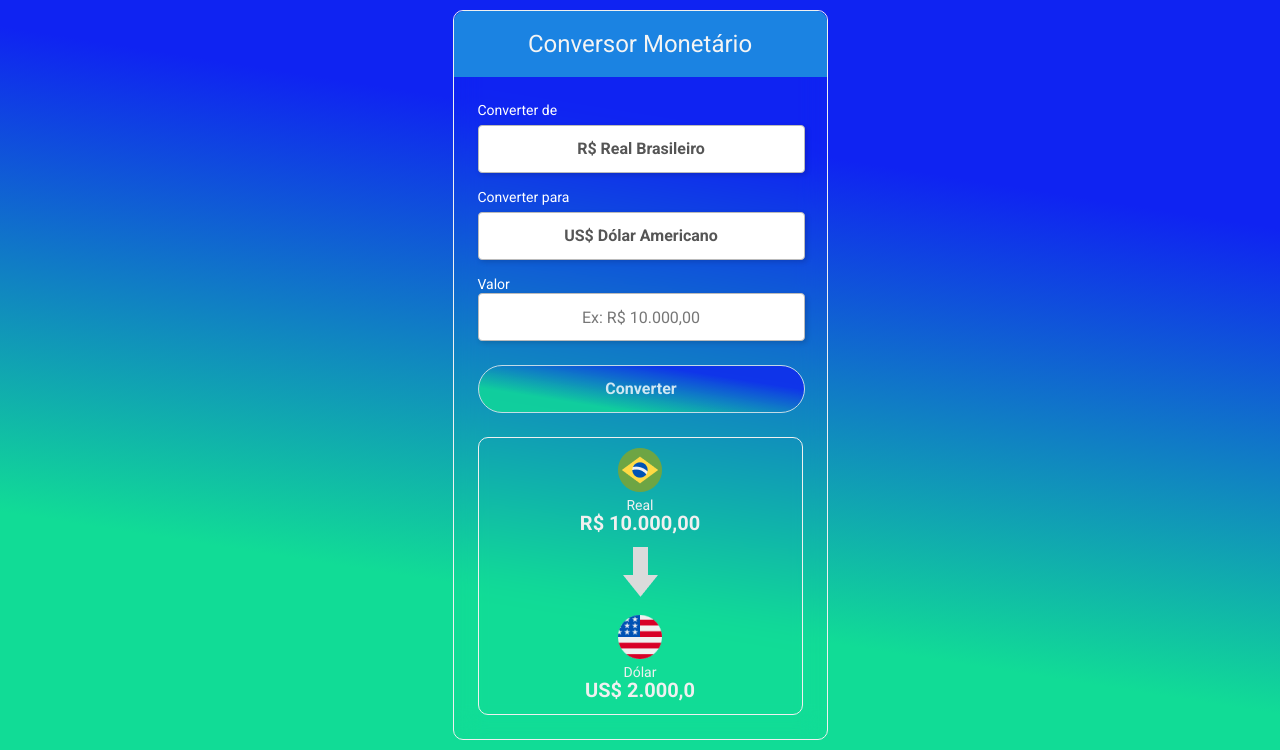
Repository: isayrous/coin-converter
Page: index.html
These files come from the project's save history. The page is drawn as it stood at one moment and after the next save; the edit follows.
The browser window is 1280 px wide. The pictures show the whole page.
The pointer rests on the first visible `button`.

Above is the page before, as saved 2022-11-03 00:08:37.

### index.html
<!DOCTYPE html>
<html lang="pt-br">
<head>
    <meta charset="UTF-8">
    <meta http-equiv="X-UA-Compatible" content="IE=edge">
    <meta name="viewport" content="width=device-width, initial-scale=1.0">
    <link rel='stylesheet' href="./style.css">
    <link rel="preconnect" href="https://fonts.googleapis.com">
    <link rel="preconnect" href="https://fonts.gstatic.com" crossorigin>
    <link href="https://fonts.googleapis.com/css2?family=Roboto:wght@400;700&display=swap" rel="stylesheet">
    <title>Conversor Monetário</title>
</head>
<body>
    <div class="container">

        <header>
            <h1>Conversor Monetário</h1>
        </header>

        <main>
            <label>
                Converter <strong>de</strong>
                <select id="first-select">
                    <option>R$ Real Brasileiro</option>
                    <option>US$ Dólar Americano</option>
                    <option>Bitcoin</option>
                    <option>€ Euro</option>
                </select>
            </label>

            <label>
                Converter <strong>para</strong>
                <select id="seccond-select">
                    <option>US$ Dólar Americano</option>
                    <option>Bitcoin</option>
                    <option>€ Euro</option>
                    <option>R$ Real Brasileiro</option>
                </select>
            </label>

            <label>
                <b>Valor</b>
                <input id='values' type="number" placeholder="Ex: R$ 10.000,00">
            </label>

            <button id="button-converter" >Converter</button>

            <section>
                <div>
                    <img id="currency-img1" src="./assets/BRL.png">
                    <p id="first-currency">Real</p>
                    <p id="return-input1" class="value">R$ 10.000,00</p>
                </div>

                <img src="./assets/Vector.png"><br>

                <div>
                    <img id="currency-img2" src="./assets/USA.png">
                    <p id ="seccond-currency">Dólar</p>
                    <p id="return-input2" class="value">US$ 2.000,0</p>
                </div>

            </section>

        </main>

    </div>

</body>
<script src='./scripts.js'></script>
</html>

### style.css
* {
    padding: 0;
    margin: 0;
    box-sizing: border-box;
    font-family: 'Roboto', sans-serif;
    font-style: normal;
    font-weight: normal;
    line-height: 18px;
}

body{
    background: linear-gradient(189deg, rgba(15,35,242,1) 24%, rgba(17,220,150,1) 75%);
    width: 100%;
    height: 100%;
    display: flex;
    justify-content: center;
    padding: 10px;
}

.container {
    height: 100%;
    width: 375px;
    background: transparent;
    border: 1px solid #f0f0f0;
    backdrop-filter: blur(15px);
    border-radius: 10px;
}

header {
    background-color: #1b83e2;
    border-radius: 10px 10px 0 0;
    height: 66px;
    display: flex;
    justify-content: center;
    align-items: center;
}

h1 {
    font-size: 24px;
    color:#F4F4F4;
}

main {
    padding: 24px;
}

label{
    font-weight: 400;
    font-size: 14px;
    color: #fff;
    width: 375px;
}

select{
    width: 327px;
    height: 48px;
    background: #FFFFFF;
    border: 1px solid #BBBBBB;
    border-radius: 4px;
    font-weight: 700;
    font-size: 16px;
    color: #555555;
    text-align: center;
    display: block;
    cursor: pointer;
    outline: none;
    appearance: none;
    box-shadow: 2px 2px 5px 0px #00000026;
    margin-bottom: 15px;
    margin-top: 6px;
}

input{
    width: 327px;
    height: 48px;
    background: #FFFFFF;
    border: 1px solid #BBBBBB;
    border-radius: 4px;
    font-weight: 700;
    font-size: 16px;
    color: #555555;
    text-align: center;
    box-shadow: 2px 2px 5px 0px #00000026;
    outline: none;

}

input::-webkit-outer-spin-button,input::-webkit-inner-spin-button {
  -webkit-appearance: none;
  margin: 0;
}

button {
    background: linear-gradient(189deg, rgba(15,35,242,0.2) 24%, rgba(17,220,150,0.2) 75%);
    border: 1px solid #f0f0f0;
    border-radius: 25px;
    height: 48px;
    width: 327px;
    font-weight: 700;
    font-size: 1rem;
    color: #fff;
    margin: 24px 0px 24px;
    cursor: pointer;
}

button:hover {
    opacity: 0.8;
    background:linear-gradient(189deg, rgba(15,35,242,1) 24%, rgba(17,220,150,1) 75%); ;
}

button:active {
    opacity: 0.7;
}

section{
    border: 1px solid #f0f0f0;
    border-radius: 10px;
    padding-top: 10px;
    display: flex;
    flex-direction: column;
    align-items: center;
    text-align: center;
}

p {
    font-weight: 400;
    font-size: 14px;
    color: #f0f0f0;
}

.value {
    color: #f0f0f0;
    font-weight: 700;
    font-size: 20px;
    margin-bottom: 15px;
}

input::placeholder{color: #777777;
    font-weight: 100;}


@media screen and (max-width: 900px){
    .container {
        height: 100%;
        width: 100%;
    }

    header {
        height: 50px;
    }

    h1 {
        font-size: 20px;
    }

    main {
        padding: 4%;
    }

    label{
        font-size: 0.8rem;
    }

    select{
        font-size: 1rem;
        color: #555555;
        margin-bottom: 10px;
    }

    input{
        font-size: 1rem;
    }

    button {
        font-size: 1rem;
    }

    p {
        font-weight: 700;
        font-size: 0.8rem;
        color: #777777;
    }

    .value {
        font-size: 1rem;
    }
}

### scripts.js
const convert = document.getElementById("button-converter")
const select2 = document.getElementById("seccond-select")
const select1 = document.getElementById("first-select")
/* REAL, DOLAR, BITCOIN , EURO */
const real = [5.16, 5.08]
const dolar = [0.19 , 0.98]
const euro = [0.20 , 1.02]
const bitcoin = [98137.74 , 19010.10 , 19269.79]


const convertvalue = () => {
    const input = document.getElementById("values").value
    const returninput1 = document.getElementById("return-input1")
    const returninput2 = document.getElementById("return-input2")
    /* RETURNS DO INPUT 1 */

    if (select1.value === 'R$ Real Brasileiro') {
        returninput1.innerHTML = new Intl.NumberFormat('pt-BR', {
            style: 'currency', currency: 'BRL'
        }).format(input)

        if (select2.value === 'US$ Dólar Americano') {
            returninput2.innerHTML = new Intl.NumberFormat('en-US', {
                style: 'currency', currency: 'USD'
            }).format(input * dolar[0])
        }
        else if (select2.value === '€ Euro') {
            returninput2.innerHTML = new Intl.NumberFormat('de-DE', {
                style: 'currency', currency: 'EUR'
            }).format(input * euro[0])
        }
        else if (select2.value === 'Bitcoin'){
            returninput2.innerHTML = (input / bitcoin[0]).toFixed(2)
        }
        else if (select2.value === 'R$ Real Brasileiro') {
            returninput2.innerHTML = new Intl.NumberFormat('pt-BR', {
                style: 'currency', currency: 'BRL'
            }).format(input)
        }
    }


    else if (select1.value === 'US$ Dólar Americano') {
        returninput1.innerHTML = new Intl.NumberFormat('en-US', {
            style: 'currency', currency: 'USD'
        }).format(input)

        if (select2.value === 'US$ Dólar Americano') {
            returninput2.innerHTML = new Intl.NumberFormat('en-US', {
                style: 'currency', currency: 'USD'
            }).format(input)
        }
        else if (select2.value === '€ Euro') {
            returninput2.innerHTML = new Intl.NumberFormat('de-DE', {
                style: 'currency', currency: 'EUR'
            }).format(input * euro[1])
        }
        else if (select2.value === 'Bitcoin'){
            returninput2.innerHTML = (input / bitcoin[1]).toFixed(2)
        }
        else if (select2.value === 'R$ Real Brasileiro') {
            returninput2.innerHTML = new Intl.NumberFormat('pt-BR', {
                style: 'currency', currency: 'BRL'
            }).format(input * real[0])
        }

    }

    else if (select1.value === '€ Euro') {
        returninput1.innerHTML = new Intl.NumberFormat('de-DE', {
            style: 'currency', currency: 'EUR'
        }).format(input)

        if (select2.value === 'US$ Dólar Americano') {
            returninput2.innerHTML = new Intl.NumberFormat('en-US', {
                style: 'currency', currency: 'USD'
            }).format(input * dolar[1])
        }
        else if (select2.value === '€ Euro') {
            returninput2.innerHTML = new Intl.NumberFormat('de-DE', {
                style: 'currency', currency: 'EUR'
            }).format(input)
        }
        else if (select2.value === 'Bitcoin'){
            returninput2.innerHTML = (input / bitcoin[1]).toFixed(2)
        }
        else if (select2.value === 'R$ Real Brasileiro') {
            returninput2.innerHTML = new Intl.NumberFormat('pt-BR', {
                style: 'currency', currency: 'BRL'
            }).format(input * real[1])
        }
    }

    else if (select1.value === 'Bitcoin') {
        returninput1.innerHTML = (input)

        if (select2.value === 'US$ Dólar Americano') {
            returninput2.innerHTML = new Intl.NumberFormat('en-US', {
                style: 'currency', currency: 'USD'
            }).format(input * bitcoin[1])
        }
        else if (select2.value === '€ Euro') {
            returninput2.innerHTML = new Intl.NumberFormat('de-DE', {
                style: 'currency', currency: 'EUR'
            }).format(input * bitcoin[2])
        }
        else if (select2.value === 'Bitcoin'){
            returninput2.innerHTML = (input)
        }
        else if (select2.value === 'R$ Real Brasileiro') {
            returninput2.innerHTML = new Intl.NumberFormat('pt-BR', {
                style: 'currency', currency: 'BRL'
            }).format(input * bitcoin[0])
        }


    }

}

const change2 = () => {
    const currencyName2 = document.getElementById("seccond-currency")
    const currencyImg2 = document.getElementById("currency-img2")

    if (select2.value === '€ Euro') {
        currencyName2.innerHTML = '€ Euro'
        currencyImg2.src = "./assets/EURO.png"
    } else if (select2.value === 'Bitcoin') {
        currencyName2.innerHTML = 'Bitcoin'
        currencyImg2.src = "./assets/BITCOIN.png"
    } else if (select2.value === 'US$ Dólar Americano') {
        currencyName2.innerHTML = 'Dólar'
        currencyImg2.src = "./assets/USA.png"
    } else if (select2.value === 'R$ Real Brasileiro') {
        currencyName2.innerHTML = 'Real'
        currencyImg2.src = "./assets/BRL.png"
    }

    convertvalue()
}

const change1 = () => {
    const currencyName1 = document.getElementById("first-currency")
    const currencyImg1 = document.getElementById("currency-img1")

    if (select1.value === '€ Euro') {
        currencyName1.innerHTML = '€ Euro'
        currencyImg1.src = "./assets/EURO.png"
    } else if (select1.value === 'Bitcoin') {
        currencyName1.innerHTML = 'Bitcoin'
        currencyImg1.src = "./assets/BITCOIN.png"
    } else if (select1.value === 'US$ Dólar Americano') {
        currencyName1.innerHTML = 'Dólar'
        currencyImg1.src = "./assets/USA.png"
    } else if (select1.value === 'R$ Real Brasileiro') {
        currencyName1.innerHTML = 'Real'
        currencyImg1.src = "./assets/BRL.png"
    }
    convertvalue()

}

convert.addEventListener('click', convertvalue)
select1.addEventListener('change', change1)
select2.addEventListener('change', change2)

After the next save:
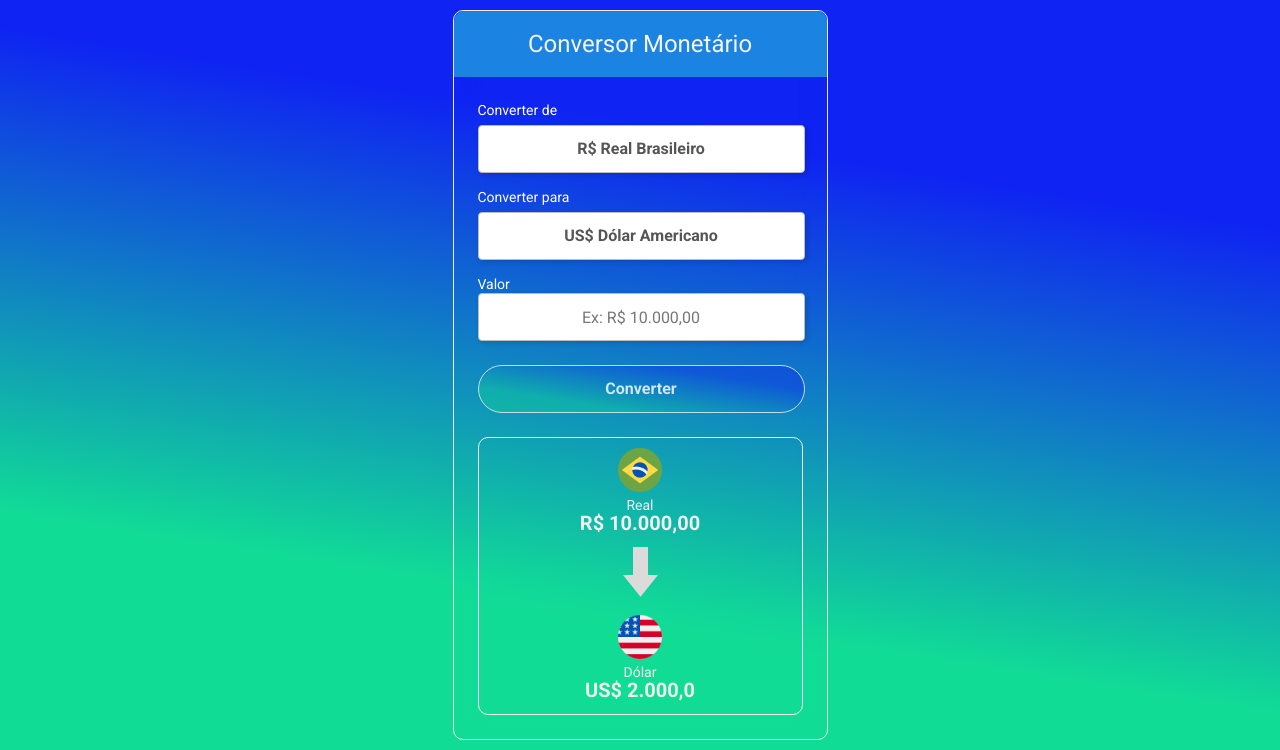
Saved 16 s later.
--- a/style.css
+++ b/style.css
@@ -105,7 +105,7 @@ button {
 
 button:hover {
     opacity: 0.8;
-    background:linear-gradient(189deg, rgba(15,35,242,1) 24%, rgba(17,220,150,1) 75%); ;
+    background:linear-gradient(189deg, rgba(15,35,242,.5) 24%, rgba(17,220,150,0.5) 75%); ;
 }
 
 button:active {
